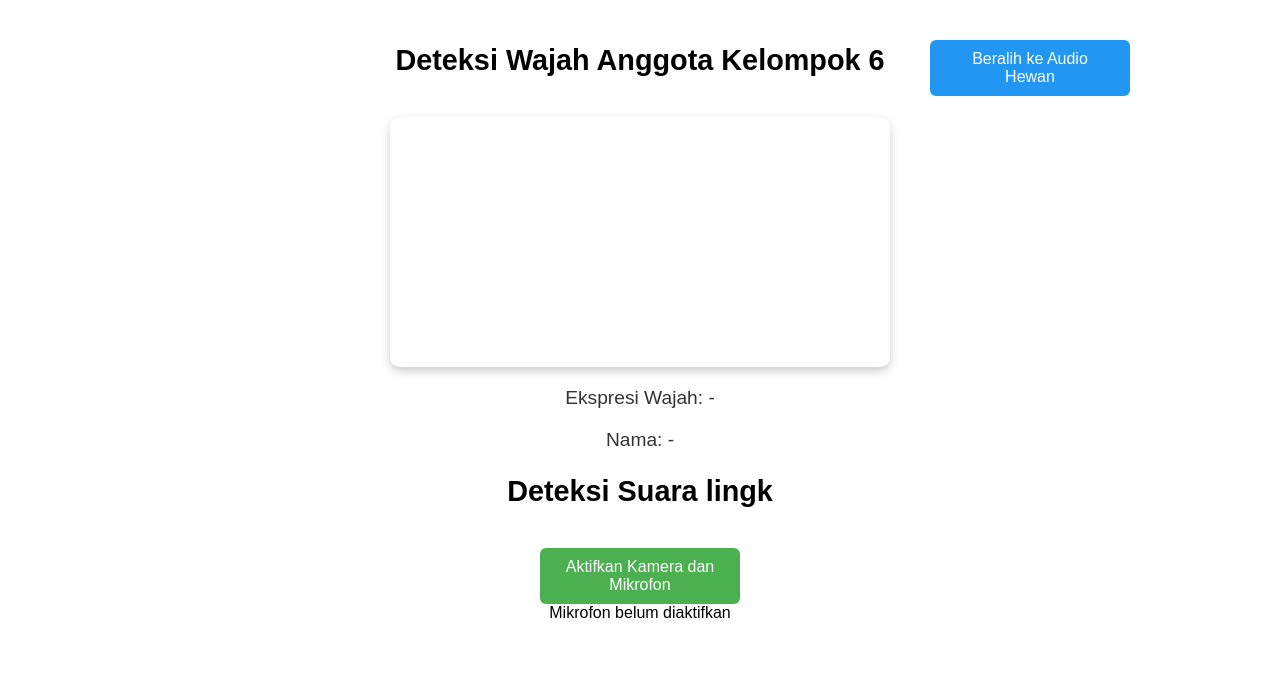
Repository: RalfyBawinto/working-teachable-machine
Page: index.html
An editor plug-in stored every save of this project. The page is shown before and after the next save, followed by the edit.
The browser window is 1280 px wide. The pictures show the whole page.

Above is the page before, as saved 2025-04-22 20:23:57.

After the next save:
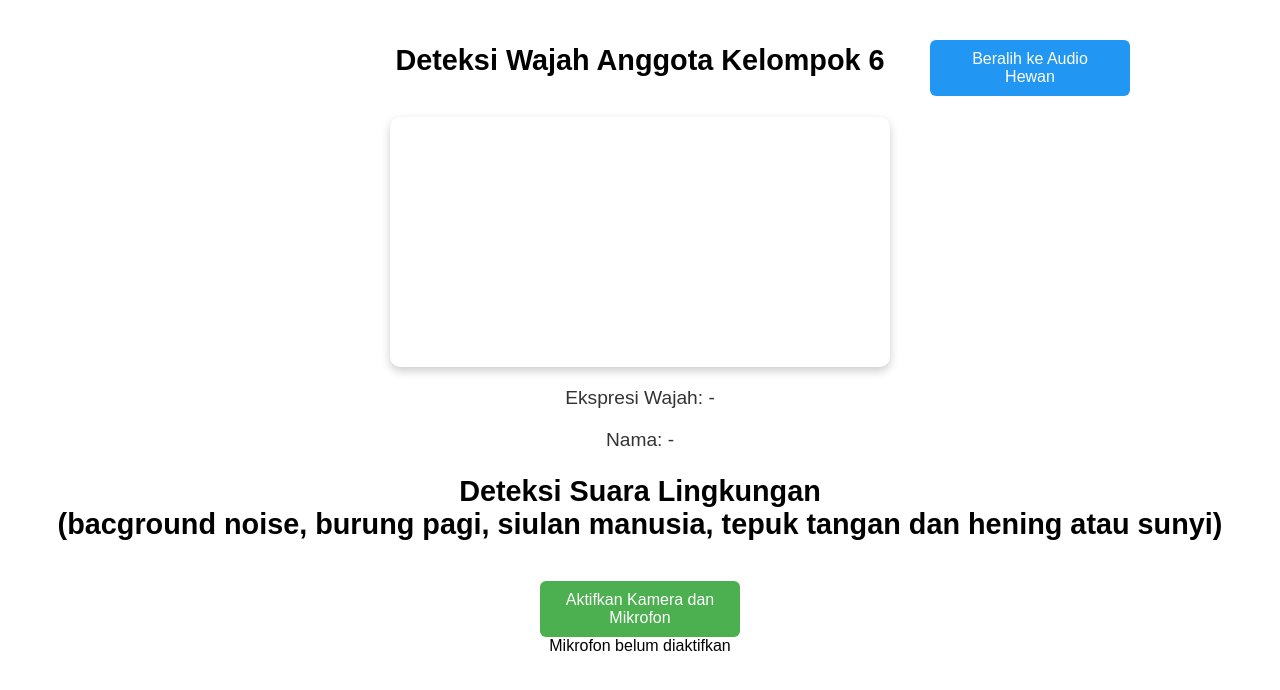
Saved 7 min 12 s later.
--- a/index.html
+++ b/index.html
@@ -23,7 +23,10 @@
       <div class="output" id="name-output">Nama: -</div>
     </div>
 
-    <h2>Deteksi Suara lingk</h2>
+    <h2>
+      Deteksi Suara Lingkungan <br />(bacground noise, burung pagi, siulan
+      manusia, tepuk tangan dan hening atau sunyi)
+    </h2>
 
     <!-- Kontrol deteksi suara -->
     <button onclick="aktifkanDeteksi()">Aktifkan Kamera dan Mikrofon</button>
